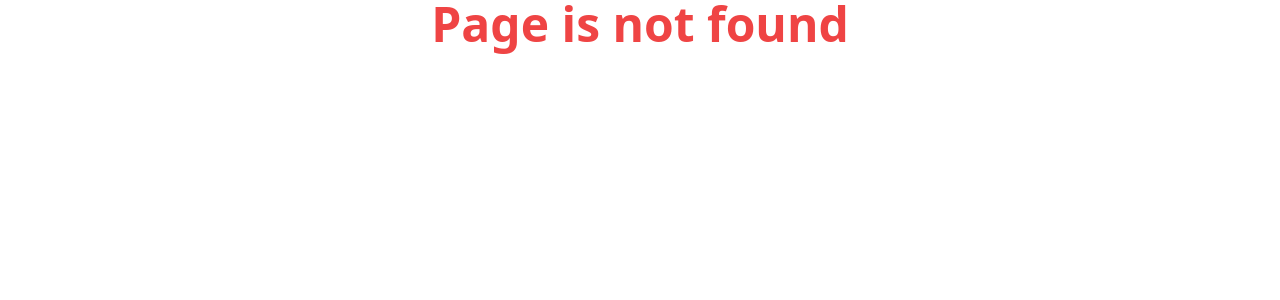
Repository: Marhamat92/reactrouterv6
Page: /
These files come from the project's save history. The page is drawn as it stood at one moment and after the next save; the edit follows.
The browser window is 1280 px wide. The pictures show the whole page.
The project was rebuilt for these pictures with package versions that can differ from the ones it lists, and the page was loaded fresh each time. Also part of the build but not shown: src/pages/BlogPage/Post.js, src/pages/Profile/ProfilePage.js, src/pages/BlogPage/index.js, src/pages/BlogPage/ErrorPage.js, src/components/PrivateRoute.js, src/pages/Auth/AuthLayout.js, src/pages/Auth/LoginPage.js, src/App.js. Imported but missing from the stored project, and not drawn on this page: src/pages/BlogPage/Blog, src/pages/BlogPage/Categories, src/pages/ContactPage/ContactPage.

Above is the page before, as saved 2022-12-28 21:54:05.

### src/index.js
import React from 'react';
import ReactDOM from 'react-dom/client';
import './index.css';
import App from './App';
import reportWebVitals from './reportWebVitals';
import { BrowserRouter } from 'react-router-dom';
import AuthProvider from './context/AuthContext';


const root = ReactDOM.createRoot(document.getElementById('root'));
root.render(

  <BrowserRouter>
    <AuthProvider>
      <App />
    </AuthProvider>
  </BrowserRouter>

);

// If you want to start measuring performance in your app, pass a function
// to log results (for example: reportWebVitals(console.log))
// or send to an analytics endpoint. Learn more: https://bit.ly/CRA-vitals
reportWebVitals();

### src/context/AuthContext.js
import { createContext, useContext, useEffect, useState } from "react";

const context = createContext();

export const useAuth = () => {
  return useContext(context);
}

const AuthProvider = ({ children }) => {

  const [user, setUser] = useState(JSON.parse(localStorage.getItem('user')) || false);


  const data = {
    user,
    setUser
  }

  useEffect(() => {
    localStorage.setItem("user", JSON.stringify(user));
  }, [user])


  return (
    <context.Provider value={data}>
      {children}
    </context.Provider>
  )
}


export default AuthProvider

### src/routes.js
//!in this file we will define all the routes for our application with their respective components and layouts,and also we will define the nested routes here as children of the parent routes
import HomePage from './pages/HomePage/HomePage';
import ContactPage from './pages/ContactPage/ContactPage';
import Categories from './pages/BlogPage/Categories';
import Post from './pages/BlogPage/Post';
import Blog from './pages/BlogPage/Blog';
import ProfilePage from './pages/Profile/ProfilePage';
import BlogLayout from './pages/BlogPage';
import ErrorPage from './pages/BlogPage/ErrorPage'; //! we use this under blog pages to show error page
import GeneralErrorPage from './pages/GeneralErrorPage'; //!we use this to show error page for all pages
import PrivateRoute from './components/PrivateRoute';
import AuthLayout from './pages/Auth/AuthLayout';
import LoginPage from './pages/Auth/LoginPage';
import GeneralLayout from './pages/GeneralLayout';


const routes = [
  {
    path: '/',
    element: <GeneralLayout />,

    children: [
      { index: true, element: <HomePage /> },
      { path: 'contact', element: <ContactPage /> },
      {
        path: 'blog', element: <BlogLayout />,

        children: [
          { index: true, element: <Blog /> },
          { path: 'categories', element: <Categories /> },
          { path: 'post/:url/:id', element: <Post /> },
          { path: '*', element: <ErrorPage /> },
        ]
      },
      {
        path: 'profile',
        element: <ProfilePage />,
        auth: true
      },
      {
        path: '*',
        element: <GeneralErrorPage />
      }
    ],
  },
  {
    path: '/auth',
    element: <AuthLayout />,
    children: [
      { index: true, element: <LoginPage /> },
      { path: 'login', element: <LoginPage /> },
    ]
  },
  {
    path: '*',
    element: <GeneralErrorPage />
  }
];

//we used this to map the routes and check if the route is private or not
//if the route is private then we will wrap the route with PrivateRoute component
//if the route is not private then we will return the route as it is
//same we do for nested routes, children as well

const authMap = routes => routes.map(route => {
  if (route?.auth) {
    return <PrivateRoute>
      {route.element}
    </PrivateRoute>
  }
  if (route?.children) {
    return route.children = authMap(route.children)
  }
  return route

})



export default authMap(routes);

### src/pages/GeneralErrorPage.js
import React from 'react'

function GeneralErrorPage() {
  return (
    <div>
      <h1 className='text-5xl text-red-500 font-bold text-center'>
        Page is not found
      </h1>

    </div>
  )
}

export default GeneralErrorPage

### src/pages/HomePage/HomePage.js
import React from 'react'

function HomePage() {
  return (
    <div>HomePage</div>
  )
}

export default HomePage

### src/pages/GeneralLayout.js
import React from 'react'
import { NavLink, Outlet } from 'react-router-dom'

function GeneralLayout() {
  return (
    <>
      <div className='col-span-1'>
        <nav>
          <li>
            <NavLink to="/" end>Home</NavLink>
          </li>
          <li>
            <NavLink to="contact">Contact</NavLink>
          </li>
          <li>
            <NavLink to="blog">Blogs</NavLink>
          </li>
          <li>
            <NavLink to="profile">Profile</NavLink>
          </li>
        </nav>
      </div>
      <Outlet />
    </>
  )
}

export default GeneralLayout

Loaded but not shown: public/index.html (common file); src/index.css (common file); src/reportWebVitals.js (common file); tailwind.config.js (common file)

After the next save:
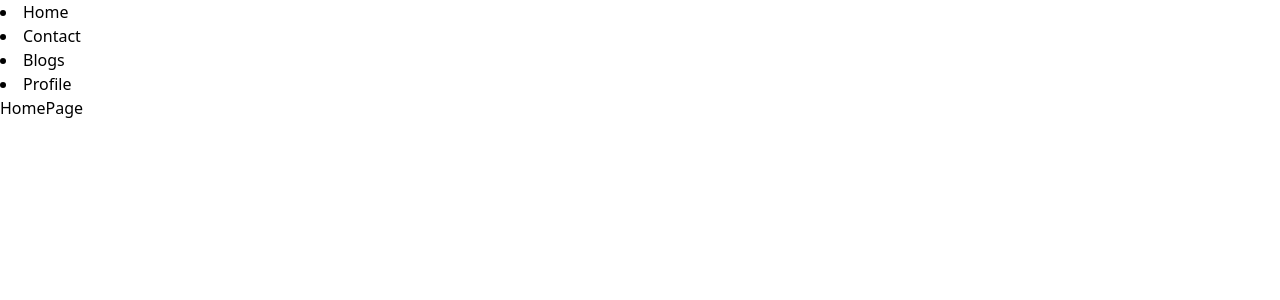
Saved 11 s later.
--- a/src/routes.js
+++ b/src/routes.js
@@ -64,12 +64,12 @@ const routes = [
 
 const authMap = routes => routes.map(route => {
   if (route?.auth) {
-    return <PrivateRoute>
+    <PrivateRoute>
       {route.element}
     </PrivateRoute>
   }
   if (route?.children) {
-    return route.children = authMap(route.children)
+    route.children = authMap(route.children)
   }
   return route
 
